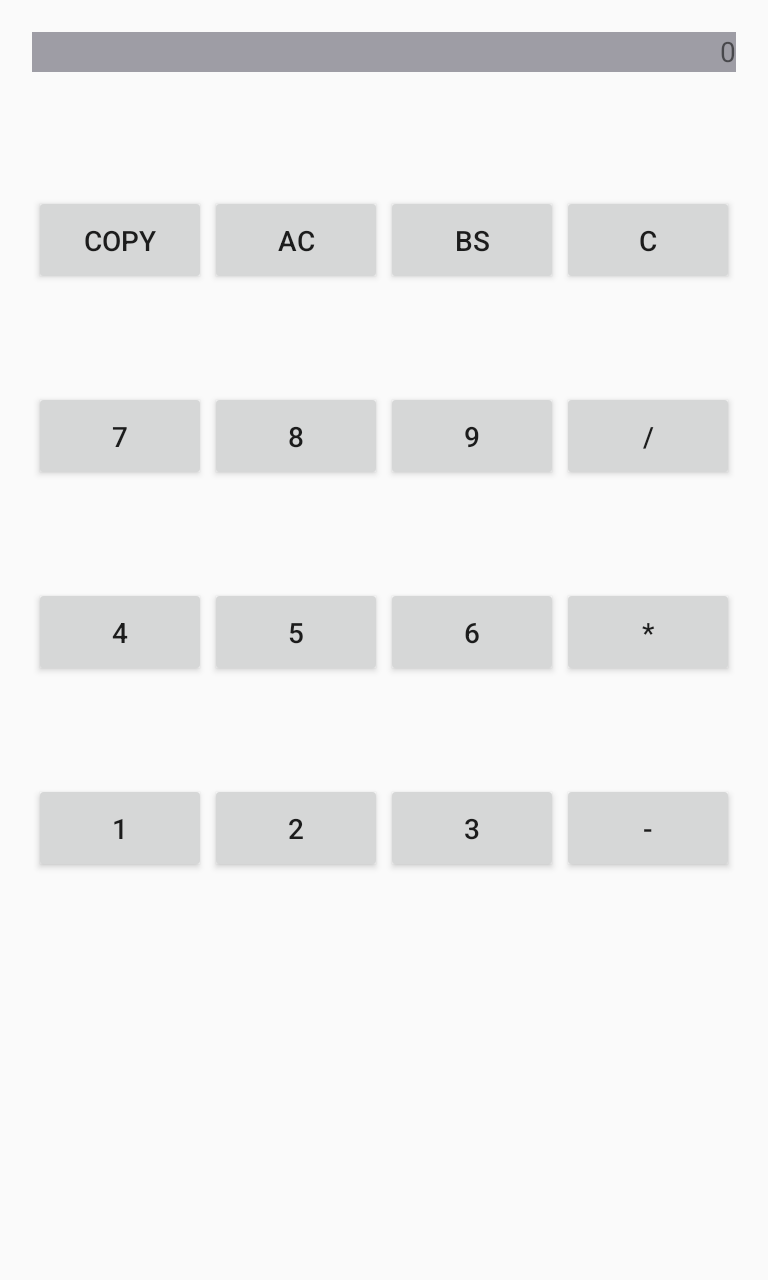
Repository: y-matsumoto/TECH.C-2015
Layout: submit/shokei/java0704/Calculator/res/layout/activity_main.xml
The author's editor kept a copy of each file at every save. The layout is drawn from the files as they stood at one save, then again after the next save.
It is drawn on a 768 x 1280 px phone screen (xhdpi) without system bars, with theme AppTheme; the app's code is not run.

Above is the layout before, as saved 2015-07-04 07:17:11.

After the next save:
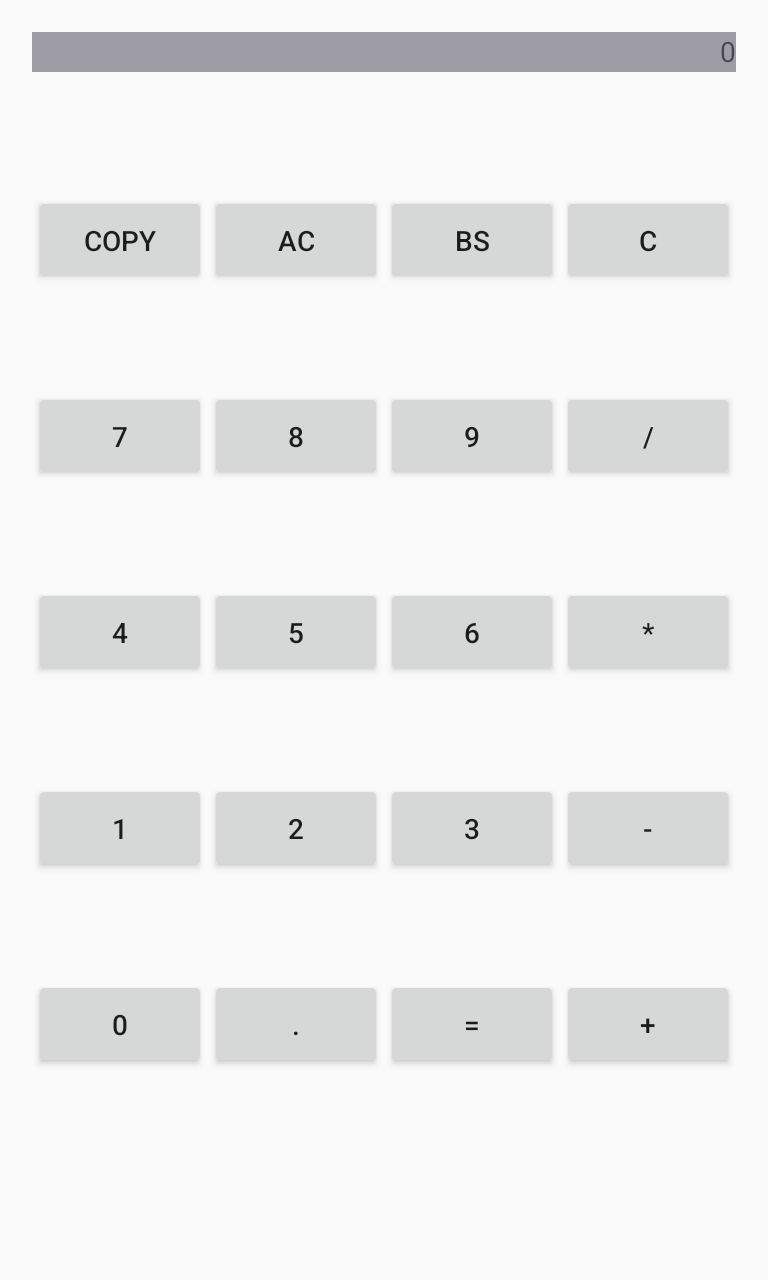
Saved 88 s later.
--- a/submit/shokei/java0704/Calculator/res/layout/activity_main.xml
+++ b/submit/shokei/java0704/Calculator/res/layout/activity_main.xml
@@ -171,4 +171,42 @@
             android:text="-" />
     </LinearLayout>
 
+    <LinearLayout
+        android:id="@+id/line5"
+        android:layout_width="wrap_content"
+        android:layout_height="wrap_content"
+        android:layout_below="@+id/line4"
+        android:layout_marginTop="50dp"
+        android:orientation="horizontal" >
+
+        <Button
+            android:id="@+id/ZERO"
+            android:layout_width="wrap_content"
+            android:layout_height="wrap_content"
+            android:layout_weight="1"
+            android:text="0" />
+
+        <Button
+            android:id="@+id/DOT"
+            android:layout_width="wrap_content"
+            android:layout_height="wrap_content"
+            android:layout_weight="1"
+            android:text="." />
+
+        <Button
+            android:id="@+id/EQUAL"
+            android:layout_width="wrap_content"
+            android:layout_height="wrap_content"
+            android:layout_weight="1"
+            android:text="=" />
+
+        <Button
+            android:id="@+id/PLUS"
+            android:layout_width="wrap_content"
+            android:layout_height="wrap_content"
+            android:layout_weight="1"
+            android:text="+" />
+    </LinearLayout>
+
+
 </RelativeLayout>
